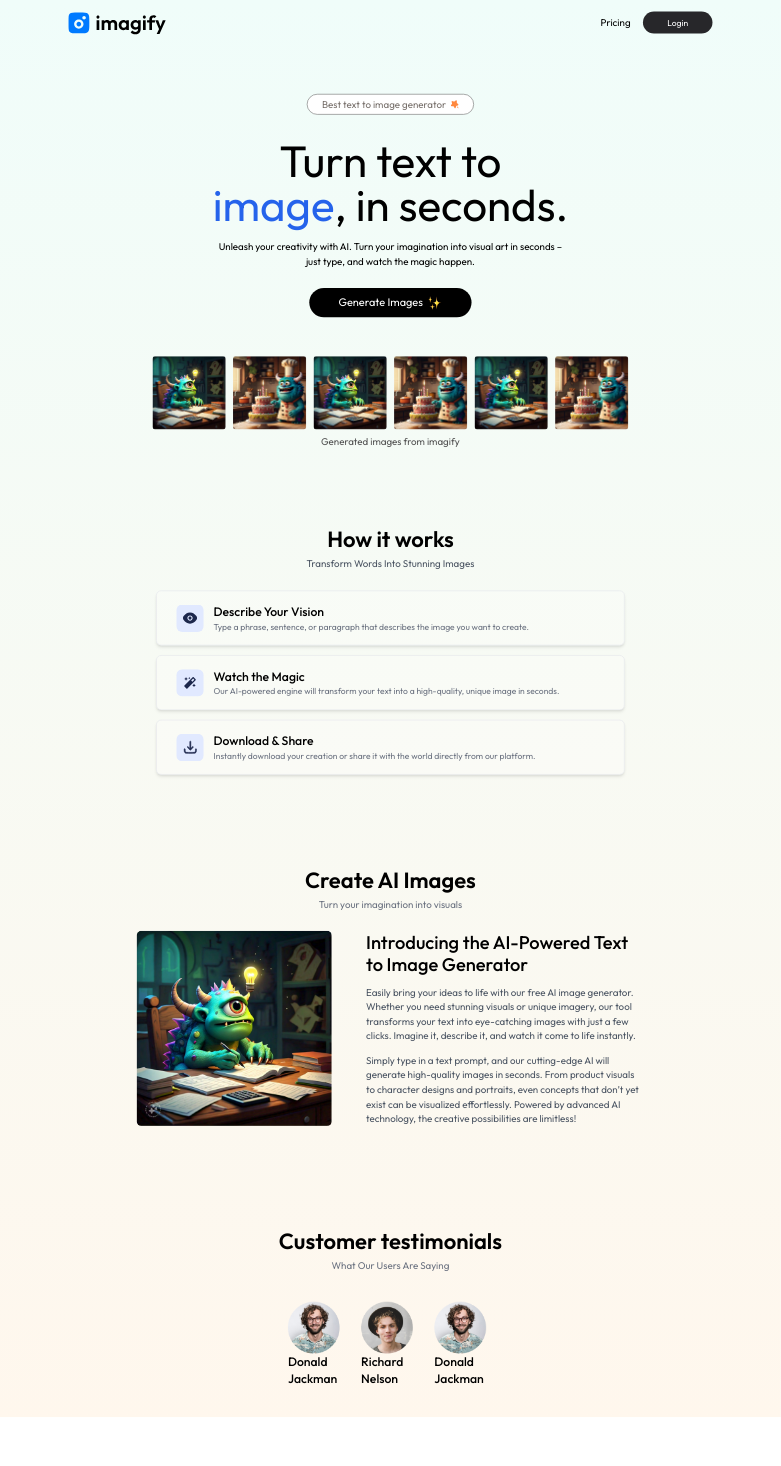
Repository: Abrammse/Abraify
Page: /
These files come from the project's save history. The page is drawn as it stood at one moment and after the next save; the edit follows.
The browser window is 1280 px wide. The pictures show the whole page, at 61% of full size.
The project was rebuilt for these pictures with package versions that can differ from the ones it lists, and the page was loaded fresh each time. Also part of the build but not shown: vite.config.js, src/pages/Buycredit.jsx.

Above is the page before, as saved 2024-11-25 11:58:58.

### index.html
<!doctype html>
<html lang="en">
  <head>
    <meta charset="UTF-8" />
    <link rel="icon" type="image/svg+xml" href="/favicon.svg" />
    <meta name="viewport" content="width=device-width, initial-scale=1.0" />
    <title>Imagify - Abram</title>
  </head>
  <body>
    <div id="root"></div>
    <script type="module" src="/src/main.jsx"></script>
  </body>
</html>

### src/main.jsx
import { createRoot } from 'react-dom/client'
import './index.css'
import App from './App.jsx'
import { BrowserRouter } from 'react-router-dom'
import AppContextProvider from './context/AppContext.jsx'
createRoot(document.getElementById('root')).render(

  <BrowserRouter>
  <AppContextProvider>
  <App/>
  </AppContextProvider>

  </BrowserRouter>
)

### src/index.css
@import url('https://fonts.googleapis.com/css2?family=Cairo:wght@200..1000&family=Outfit:wght@100..900&display=swap');


@tailwind base;
@tailwind components;
@tailwind utilities;

*{
  font-family: Outfit ;
}

### src/App.jsx
import React from "react";
import { Routes,Route } from "react-router-dom";
import Home from "./pages/Home";
import BuyCredit from "./pages/Buycredit";
import Navbar from "./components/Navbar";
const App = () => {
  return (
    <div className="px-4 sm:px-10 md:px-14 lg:px-28 min-h-screen bg-gradient-to-b from-teal-50 to-orange-50">
     <Navbar />
      <Routes>

        <Route  path="/" element={<Home />}/>
        <Route  path="/BuyCredit" element={<BuyCredit />}/>
      </Routes>
    </div>
  )
}

export default App

### src/context/AppContext.jsx
import { createContext, useState } from "react";
export const AppContext = createContext();

const AppContextProvider = (props) => {
  const [user, setUser] = useState(null);

  const value = {
    user,
    setUser,
  };

  return (
    <AppContext.Provider value={value}>
      {props.children}
    </AppContext.Provider>
  );
};

export default AppContextProvider;

### src/pages/Home.jsx
import React from 'react';
import Header from '../components/Header';
import Steps from '../components/Steps';
import Des from '../components/des';
import Testimonials from '../components/testimonials';
const Home = () => {
  return (
    <div>
      <Header/>
      <Steps/>
      <Des/>
      <Testimonials/>
    </div>
  );
}

export default Home;

### src/components/Navbar.jsx
import React, { useContext } from 'react';
import { assets } from '../assets/assets';
import { Link, useNavigate } from 'react-router-dom';
import { AppContext } from '../context/AppContext';
const Navbar = () => {
  const {user} = useContext(AppContext);
  const navigate = useNavigate();

  return (
    <div className="flex items-center justify-between py-4">
      <Link to="/">
        <img src={assets.logo} alt="Logo" className="w-28 sm:w-32 lg:w-40" />
      </Link>

      <div>
        {user ? (
          <div className="flex items-center gap-2 sm:gap-3">
            <button className="flex items-center gap-2 bg-blue-100 px-4 sm:px-6 py-1.5 sm:py-3 rounded-full hover:scale-105 transition-all duration-700">
              <img src={assets.credit_star} alt="Credits" className="w-5" />
              <p  onClick={() => navigate('/BuyCredit')} className='text-xs sm:text-sm font-medium text-gray-600'>Credits left: 50</p>
            </button>
            <p className='text-gray-600 max-sm:hidden pl-4 '>Hi, Abram</p>
            <div className="relative group">
              <img
                src={assets.profile_icon}
                alt="Profile"
                className="w-10 drop-shadow cursor-pointer"
              />
              <div className="absolute hidden group-hover:block top-0 right-0 z-10  text-black rounded  pt-12">
                <ul   className='list-none m-0 p-2 bg-white rounded-md border text-sm ' >
                  <li className='py-1 px-2  cursor-pointer pr-10 ' >
                    Logout
                  </li>
                </ul>
              </div>
            </div>
          </div>
        ) : (
          <div className="flex items-center gap-2 sm:gap-5">
            <p
              onClick={() => navigate('/BuyCredit')}
              className="cursor-pointer hover:underline"
            >
              Pricing
            </p>
            <button
              className="bg-zinc-800 text-white px-7 py-2 sm:px-10 text-sm rounded-full"
              onClick={() => navigate('/login')}
            >
              Login
            </button>
          </div>
        )}
      </div>
    </div>
  );
};

export default Navbar;

### src/components/Header.jsx
import React from 'react';
import { assets } from '../assets/assets';

const Header = () => {
  return (
<div className="flex flex-col justify-center items-center text-center my-20 ">
<div className="text-stone-500 inline-flex text-center gap-2 bg-white px-6 py-1 rounded-full border border-neutral-500 ">
    <p>Best text to image generator</p>
<img src={assets.star_icon} alt="start"/>
    </div>
    <h1  className='text-4xl  max-w-[300px]   sm:text-7xl sm:max-w-[590px] mx-auto mt-10 text-center  ' >Turn text to <span  className='text-blue-600' >  image</span>, in seconds.</h1>
<p  className='text-center max-w-xl mx-auto mt-5'>Unleash your creativity with AI. Turn your imagination into visual art in seconds – just type, and watch the magic happen. </p>
<button className='sm:text-lg text-white   bg-black w-auto mt-8 px-12 py-2.5 flex  items-center gap-2  rounded-full    ' >Generate Images <img  className='h-6' src={assets.star_group} alt="start"/>
</button>
<div className='flex flex-wrap justify-center mt-16 gap-3 '>
{Array(6).fill().map((item,index)=>(

<img  className='rounded hover:scale-105  transition-all duration-300 cursor-pointer max-sm:w-11    ' src={index % 2=== 0 ? assets.sample_img_2 : assets.sample_img_1 } alt="start" key={index} width={120}  />

))}

</div>

<p className=' mt-2 text-neutral-600'> Generated images from imagify </p>
     </div>
  );
}

export default Header;

### src/components/Steps.jsx
import React from 'react';
import { stepsData } from '../assets/assets';

const Steps = () => {
  return (
    <div className='flex flex-col items-center justify-center my-32'>
      <h1 className='text-3xl sm:text-4xl font-semibold mb-2 '>How it works</h1>
      <p className=' tet-lg mb-8 text-gray-600'> Transform Words Into Stunning Images </p>


      <div className='space-y-4 w-full max-w-3xl text-sm '>
        {stepsData.map((item,index)=>(
            <div key={index}  className='flex items-center gap-4 px-8 p-5 bg-white/20 shadow-md border cursor-pointer hover:scale-[1.02]  transition-all  duration-300 rounded-lg ' >
                <img src={item.icon} alt="" />
            <div>
                <h2 className='text-xl  font-medium' > {item.title}</h2>
                <p className='text-gray-500' > {item.description}</p>

            </div>
            </div>
        ))}
      </div>

      </div>
  );
}

export default Steps;

### src/components/des.jsx
import React from 'react';
import { assets } from '../assets/assets';

const Des = () => {
  return (
<div className='flex flex-col items-center justify-center my-24 p-6 md:px-28'>
            <h1 className='text-3xl sm:text-4xl font-semibold mb-2 '>Create AI Images</h1>
            <p className=' tet-lg mb-8 text-gray-500'> Turn your imagination into visuals </p>

<div className='flex flex-col gap-5 md:gap-14 md:flex-row'>
<img src={assets.sample_img_2} alt="Credits" className="w-80 xl:w9 rounded-lg " />

<div>
    <h2 className='text-3xl font-medium max-w-lg mb-4'>
    Introducing the AI-Powered Text to Image Generator
    </h2>
    <p className='text-gray-600 mb-4' >
    Easily bring your ideas to life with our free AI image generator. Whether you need stunning visuals or unique imagery, our tool transforms your text into eye-catching images with just a few clicks. Imagine it, describe it, and watch it come to life instantly.
    </p>
    <p className='text-gray-600' >
    Simply type in a text prompt, and our cutting-edge AI will generate high-quality images in seconds. From product visuals to character designs and portraits, even concepts that don’t yet exist can be visualized effortlessly. Powered by advanced AI technology, the creative possibilities are limitless!
    </p>
</div>

</div>

    </div>
  );
}

export default Des;

### src/components/testimonials.jsx
import React from 'react';
import { testimonialsData } from '../assets/assets';

const Testimonials = () => {
  return (
<div className='flex flex-col items-center justify-center my-20 py-12'>
            <h1 className='text-3xl sm:text-4xl font-semibold mb-2 '>Customer testimonials</h1>
            <p className='  mb-12 text-gray-500'> What Our Users Are Saying </p>

            <div className='flex flex-wrap gap-6 '>
        {testimonialsData.map((item,index)=>(
            <div key={index}  className='rounded-full w-24 ' >
                <img src={item.image} alt="" />
            <div>
                <h2 className='text-xl  font-medium' > {item.name}</h2>
                <p className='text-gray-500' > {item.description}</p>

            </div>
            </div>
        ))}
      </div>

    </div>

  );
}

export default Testimonials;

### src/assets/assets.js
import logo from './logo.svg'
import logo_icon from './logo_icon.svg'
import facebook_icon from './facebook_icon.svg'
import instagram_icon from './instagram_icon.svg'
import twitter_icon from './twitter_icon.svg'
import star_icon from './star_icon.svg'
import rating_star from './rating_star.svg'
import sample_img_1 from './sample_img_1.png'
import sample_img_2 from './sample_img_2.png'
import profile_img_1 from './profile_img_1.png'
import profile_img_2 from './profile_img_2.png'
import step_icon_1 from './step_icon_1.svg'
import step_icon_2 from './step_icon_2.svg'
import step_icon_3 from './step_icon_3.svg'
import email_icon from './email_icon.svg'
import lock_icon from './lock_icon.svg'
import cross_icon from './cross_icon.svg'
import star_group from './star_group.png'
import credit_star from './credit_star.svg'
import profile_icon from './profile_icon.png'

export const assets = {
    logo,
    logo_icon,
    facebook_icon,
    instagram_icon,
    twitter_icon,
    star_icon,
    rating_star,
    sample_img_1,
    sample_img_2,
    email_icon,
    lock_icon,
    cross_icon,
    star_group,
    credit_star,
    profile_icon
}

export const stepsData = [
    {
      title: 'Describe Your Vision',
      description: 'Type a phrase, sentence, or paragraph that describes the image you want to create.',
      icon: step_icon_1,
    },
    {
      title: 'Watch the Magic',
      description: 'Our AI-powered engine will transform your text into a high-quality, unique image in seconds.',
      icon: step_icon_2,
    },
    {
      title: 'Download & Share',
      description: 'Instantly download your creation or share it with the world directly from our platform.',
      icon: step_icon_3,
    },
  ];

export const testimonialsData = [
    {
        image:profile_img_1,
        name:'Donald Jackman',
        role:'Graphic Designer',
        stars:5,
        text:`I've been using bg.removal for nearly two years, primarily for Instagram, and it has been incredibly user-friendly, making my work much easier.`
    },
    {
        image:profile_img_2,
        name:'Richard Nelson',
        role:'Content Creator',
        stars:5,
        text:`I've been using bg.removal for nearly two years, primarily for Instagram, and it has been incredibly user-friendly, making my work much easier.`
    },
    {
        image:profile_img_1,
        name:'Donald Jackman',
        role:' Graphic Designer',
        stars:5,
        text:`I've been using bg.removal for nearly two years, primarily for Instagram, and it has been incredibly user-friendly, making my work much easier.`
    },
]

export const plans = [
    {
      id: 'Basic',
      price: 10,
      credits: 100,
      desc: 'Best for personal use.'
    },
    {
      id: 'Advanced',
      price: 50,
      credits: 500,
      desc: 'Best for business use.'
    },
    {
      id: 'Business',
      price: 250,
      credits: 5000,
      desc: 'Best for enterprise use.'
    },
  ]

Loaded but not shown: tailwind.config.js (common file)

After the next save:
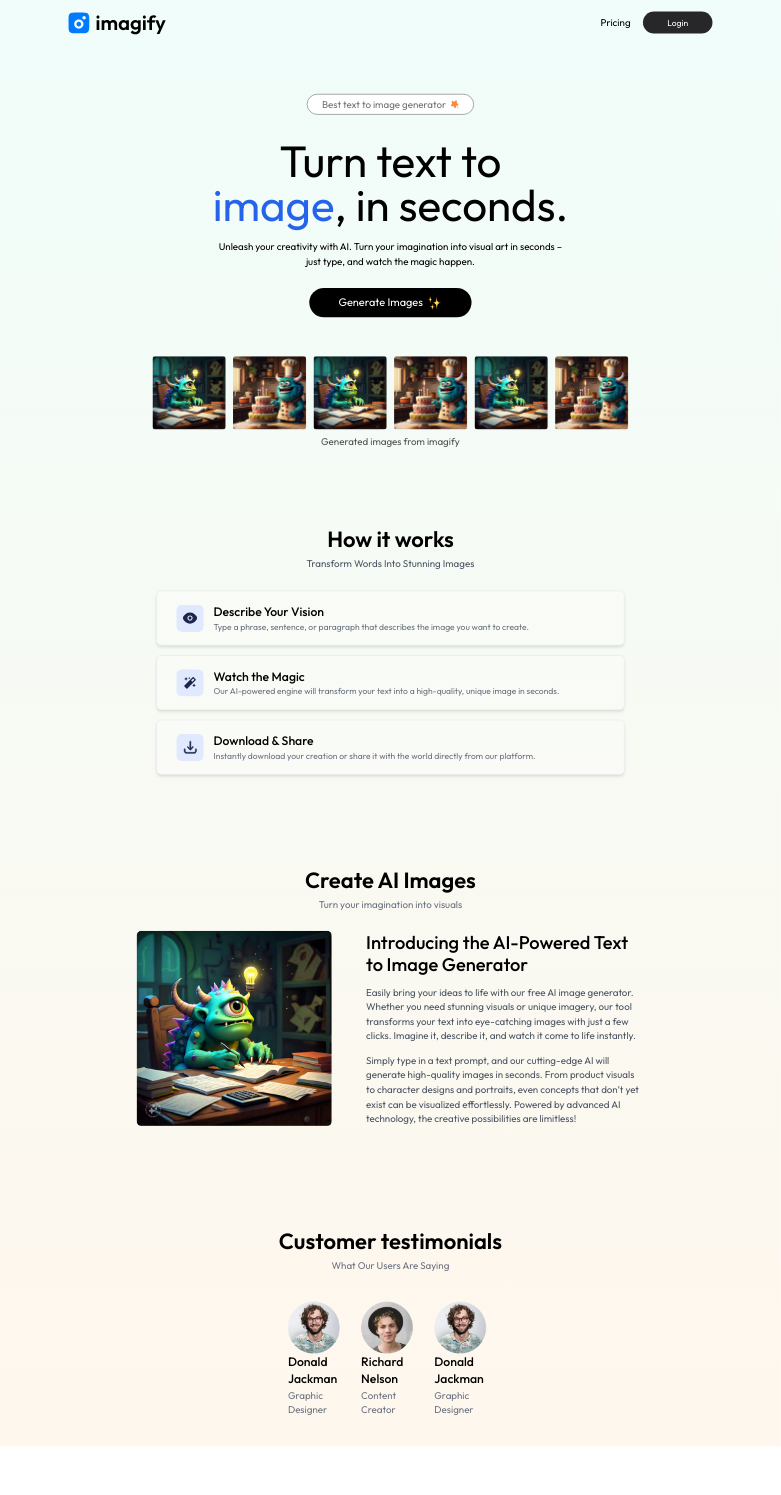
Saved 10 s later.
--- a/src/components/testimonials.jsx
+++ b/src/components/testimonials.jsx
@@ -13,7 +13,7 @@ const Testimonials = () => {
                 <img src={item.image} alt="" />
             <div>
                 <h2 className='text-xl  font-medium' > {item.name}</h2>
-                <p className='text-gray-500' > {item.description}</p>
+                <p className='text-gray-500' > {item.role}</p>
 
             </div>
             </div>
